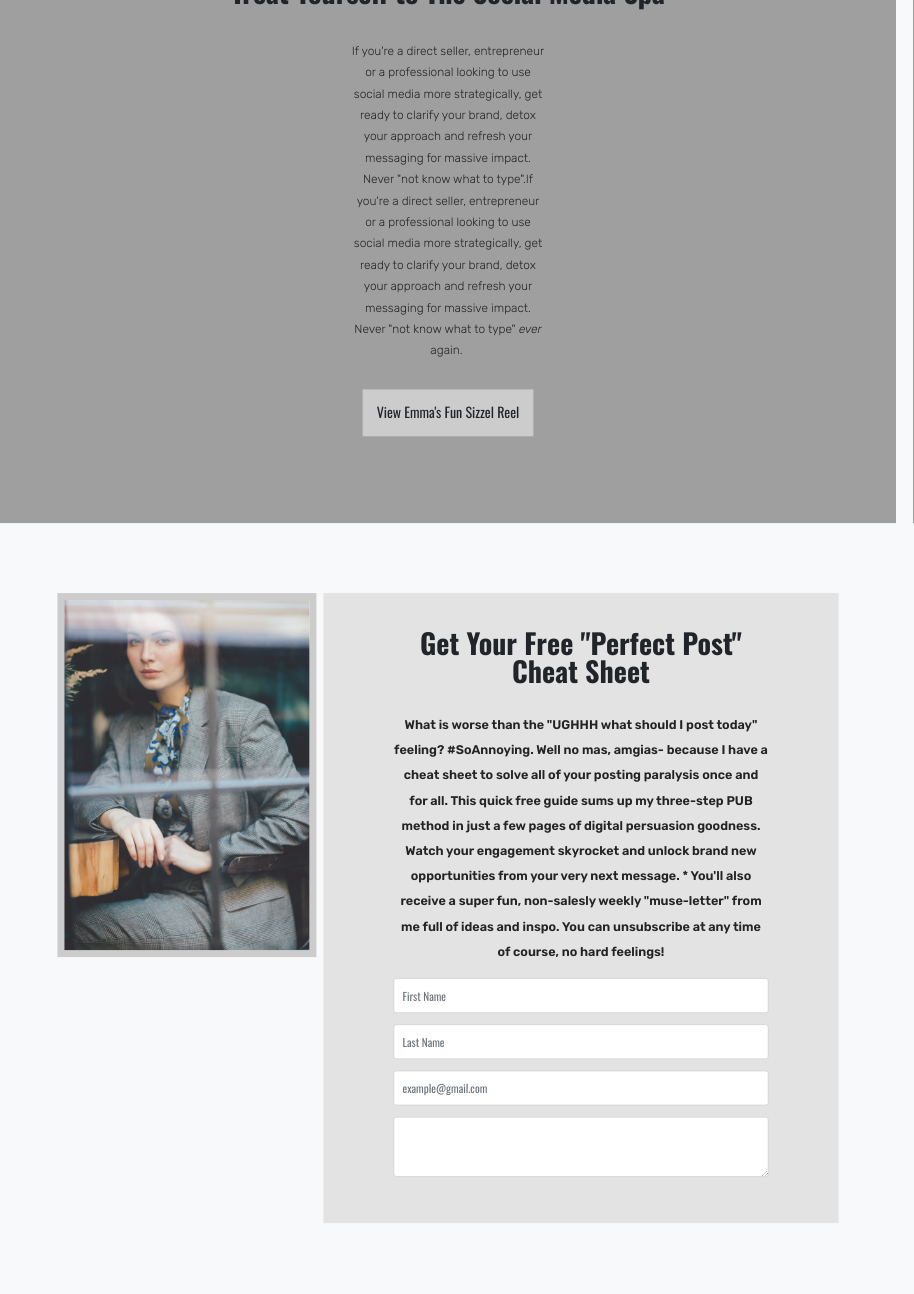
Repository: poroshrahman40/emma-watson-portfolio
Page: index.html
These files come from the project's save history. The page is drawn as it stood at one moment and after a run of saves; the edit follows.
The browser window is 1280 px wide. The page is 1305 px wide, so the pictures cover 1305 px, including what lies to the right of the window. The pictures show the part of the page from y = 3645 to 5525 px (the page is 5493 px tall before and 5525 px after), at 70% of full size.
Some web fonts or font styles are not loaded; a fallback is used.

Above is the page before, as saved 2021-12-06 17:58:40.

After the next 2 saves:
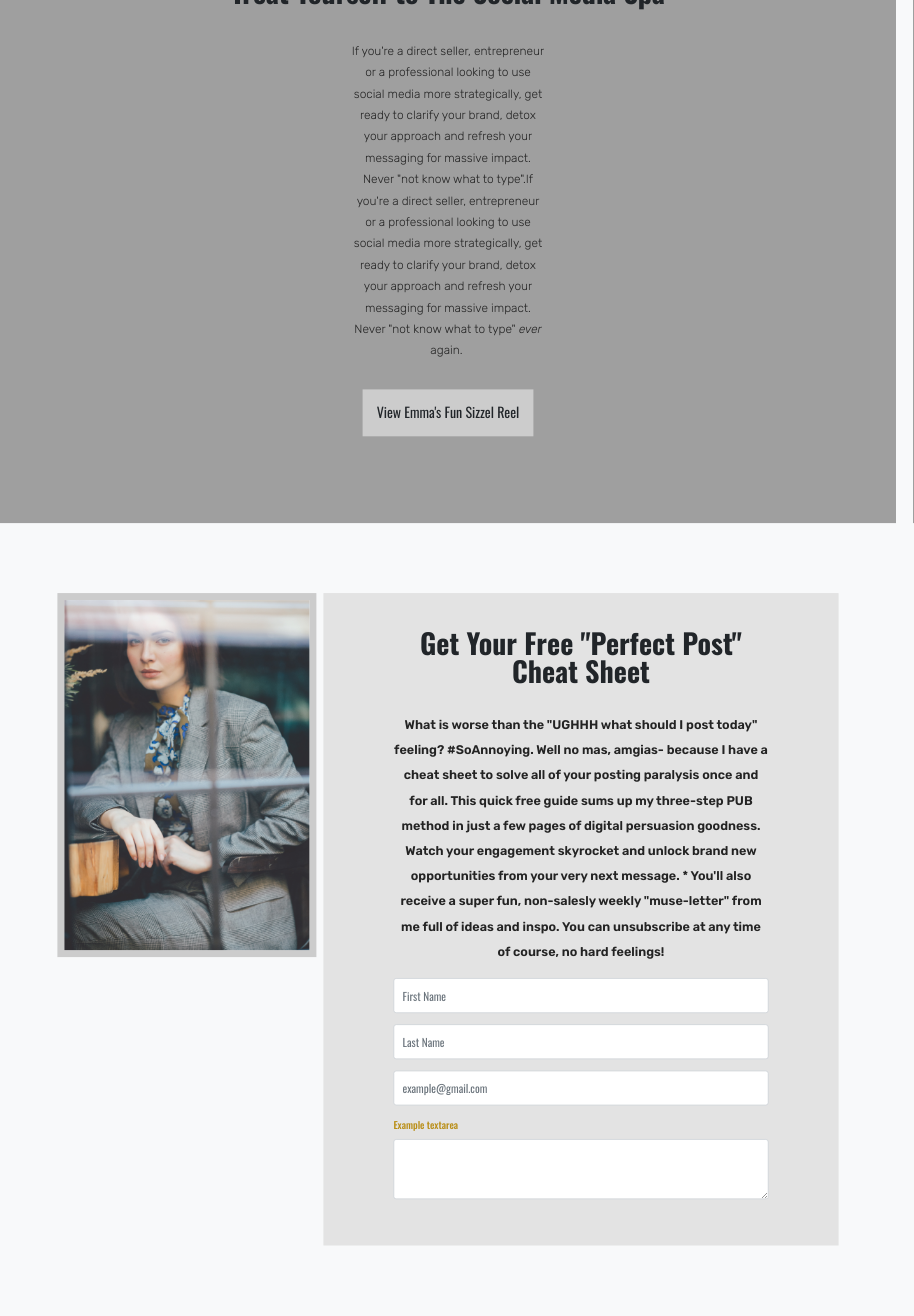
The 2 saves are shown as one change because they came seconds apart.
The last was saved 7 s later.
--- a/index.html
+++ b/index.html
@@ -269,7 +269,7 @@ Watch your engagement skyrocket and unlock brand new opportunities from your ver
                             <input type="mail" class="form-control" id="exampleFormControlInput1" placeholder="example@gmail.com">
                         </div>
                         <div class="mb-3">
-                            <!-- <label for="exampleFormControlTextarea1" class="form-label">Example textarea</label> -->
+                            <label for="exampleFormControlTextarea1" class="form-label">Example textarea</label>
                             <textarea type="name" class="form-control" id="exampleFormControlTextarea1" rows="3"></textarea>
                         </div>
                     </div>
